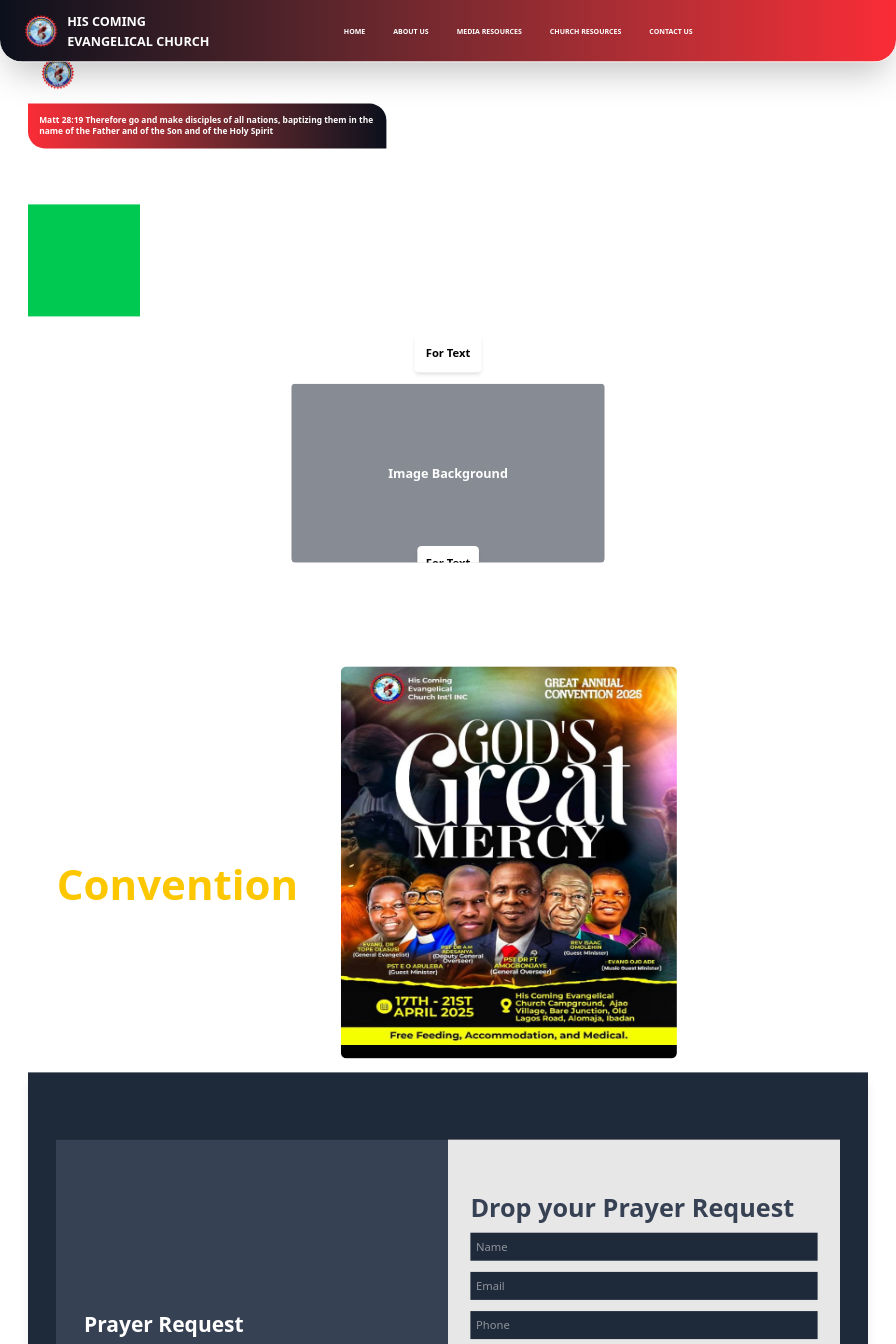
Repository: EmmyDunny1/HCEC-Website
Page: /
The author's editor kept a copy of each file at every save. The page is drawn from the files as they stood at one save, then again after the next save.
The browser window is 1280 px wide. The pictures show the part of the page from y = 0 to 1920 px (the page is 2760 px tall), at 70% of full size.
Pictures or frames that could not be fetched are drawn as grey boxes. The project was rebuilt for these pictures with package versions that can differ from the ones it lists, and the page was loaded fresh each time. The framework's server and built-in components were replaced by stand-ins that run in the browser. Also part of the build but not shown: next.config.ts.

Above is the page before, as saved 2025-07-22 11:42:56.

### app/layout.tsx
import type { Metadata } from "next";
import { Geist, Geist_Mono } from "next/font/google";
import "./globals.css";

const geistSans = Geist({
  variable: "--font-geist-sans",
  subsets: ["latin"],
});

const geistMono = Geist_Mono({
  variable: "--font-geist-mono",
  subsets: ["latin"],
});

export const metadata: Metadata = {
  title: "Official HCEC Website",
  description: "His Coming Evangelical Church Website",
};

export default function RootLayout({
  children,
}: Readonly<{
  children: React.ReactNode;
}>) {
  return (
    <html lang="en">
    <head>
      <link rel="icon" href="/public/assets/HCEC_LOGO.png" />
    </head>
      <body
        className={`${geistSans.variable} ${geistMono.variable} antialiased`}
      >

        {children}
        {/* Footer Component */}
      </body>
    </html>
  );
}

### app/page.tsx

import Navbar from "./components/Navbar";
import Homepage from './Home-page/Homepage';
import Footer from "./components/Footer";


export default function Home() {
  return (
    <div className="justify-center">

       {/* Navbar Component */}
       <Navbar />
      <Homepage />
      <Footer />


    </div>
  );
}

### app/components/Navbar.tsx
"use client";

import React from "react";
import Image from "next/image";
import Link from "next/link";
import { BiMenuAltRight } from "react-icons/bi";

type NavItem = {
  label?: string;
  link?: string;
  children?: NavItem[];
};

type NavbarProps = {
  navItems?: NavItem[];
  churchName?: string;
};

const defaultNavItems: NavItem[] = [
  { label: "HOME", link: "#", children: [{ label: "Upcoming Events", link: "Home-page/Upcoming-Programs" }, { label: "Prayer Requests", link: "Home-page/Prayer-Request" }] },
  { label: "ABOUT US", link: "#", children: [{ label: "Our History", link: "About-Us/our-history" }, { label: "Mission and Vision", link: "About-Us/mission-and-vision" }, { label: "Our Beliefs", link: "About-Us/our-beliefs" }] },
  { label: "MEDIA RESOURCES", link: "#", children: [{ label: "Our Audio & Video Resources", link: "/Media-Resources" },] },
  { label: "CHURCH RESOURCES", link: "#", children: [{ label: "Gospel Hymnal", link: "#" }, { label: "Honey From The Rock", link: "#" }, { label: "Daily Honey", link: "#" }] },
  { label: "CONTACT US", link: "/Contact-Us/Home" },
];

export default function Navbar({
  navItems = defaultNavItems,
  churchName = "His Coming Evangelical Church",
}: NavbarProps) {
  return (
    <div className="bg-[#0C101C]">
      <div className="fixed top-0 bg-gradient-to-r from-[#0C101C] to-red-500 flex max-w-7xl w-full mx-auto text-white p-4 transition-all border-b-1 rounded-b-4xl shadow-2xl hover:border-0">
        <section className="flex transition-all my-auto items-center gap-[19.5rem] md:gap-[0rem]">
          <Image src="/assets/HCEC_LOGO.png" width={80} height={48} alt="HCEC Logo" className="h-[3rem] w-[5rem] object-cover" />
          <span className="hidden md:inline font-bold text-lg uppercase ">
  {churchName.split("Evangelical")[0]}
  <br />
  Evangelical{churchName.split("Evangelical")[1] || ""}
</span>
          <nav className="text-[10px] hidden md:flex md:ml-[12rem] justify-between items-center gap-10">
            {navItems.map((d, i) => (
              <div key={i} className="group relative">
                <Link href={d.link ?? "#"} className="group items-center transition-all relative">
                  <p className="flex cursor-pointer">
                    <span className="font-semibold">{d.label}</span>
                  </p>
                </Link>
                {/* Dropdown */}
                {d.children && (
                  <div className="absolute flex flex-col justify-center left-1/2 transform -translate-x-1/2 top-10 bg-amber-50 text-black w-[11rem] transition-all text-[12px] border-t-4 border-red-500 opacity-0 invisible group-hover:opacity-100 group-hover:visible">
                    {d.children.map((ch, j) => (
                      <a key={j} href={ch.link ?? "#"} className="py-2 px-4 hover:bg-red-500 hover:text-white">
                        {ch.label}
                      </a>
                    ))}
                  </div>
                )}
              </div>
            ))}
          </nav>
          <BiMenuAltRight className="text-2xl md:hidden justify-end" />
        </section>
      </div>
    </div>
  );
}

### app/Home-page/Homepage.tsx
import React from 'react'
import UpcomingPrograms from './Upcoming-Programs/page'

import Image from 'next/image'
import PrayerRequest from '../Contact-Us/Prayer-RequestForm/page'
import HeroSection from '../Hero-Section/page'





export default function Homepage() {
  return (
    <div className='bg-gradient-to-r  px-10 py-[5rem]'>
 <Image src="/assets/HCEC_LOGO.png" width={80} height={48} alt="HCEC Logo" className="h-[3rem] w-[5rem] object-cover mb-5" />
  <p className='bg-gradient-to-r from-red-500 to-[#0C101C] justify-start text-xs md:text-md text-white p-4 my-5 max-w-[20rem] md:max-w-lg rounded-tr-3xl rounded-bl-3xl font-bold mb-[5rem]'>Matt 28:19

    Therefore go and make disciples of all nations, baptizing them in the name of the Father and of the Son and of the Holy Spirit</p>

<div className='hover:'>    <div className='relative h-[10rem] w-[10rem] bg-green-500 z-10 '></div>
    <div className='absolute h-[10rem] w-[10rem] bg-red-500 mt-[-10rem] hover:transition-transform  hover:translate-y-[10px] hover:translate-x-[-10px]
     '></div>
</div>
    <HeroSection/>
    <UpcomingPrograms />
    <PrayerRequest />
    </div>
  )

}

### app/components/Footer.tsx
import React from 'react';
import Image from 'next/image';
import { FaFacebookF, FaTwitter, FaInstagram, FaYoutube } from 'react-icons/fa';

export default function Footer() {
  return (
    <footer className="bg-[#0C101C] text-white py-10">
      <div className="container mx-auto px-4 flex flex-col items-center justify-center gap-8 text-center">
        {/* Logo and Socials */}
        <div className="flex flex-col items-center">
         <a href="#"><Image
            src="/assets/HCEC_LOGO.png"
            alt="HCEC Logo"
            width={120}
            height={60}
            className="mb-4"
          /></a>

          <div>
            <p className="font-semibold mb-4">Follow Us</p>
            <div className="flex justify-center space-x-4 text-xl transition-all duration-100">
              <a href="https://www.facebook.com/profile.php?id=100067408456230&mibextid=ZbWKwL" aria-label="Facebook" className="hover:text-blue-400 hover:border-2 rounded-md hover:p-1"><FaFacebookF /></a>
              <a href="#" aria-label="Twitter" className="hover:text-blue-400 hover:border-2 rounded-md hover:p-1"><FaTwitter /></a>
              <a href="#" aria-label="Instagram" className="hover:text-pink-400 hover:border-2 rounded-md hover:p-1 hover:border-red-500"><FaInstagram /></a>
              <a href="#" aria-label="YouTube" className="hover:text-red-500 hover:border-b-2 hover:border-2 rounded-md hover:p-1 hover:border-red-500"><FaYoutube /></a>
            </div>
          </div>
        </div>
        {/* Copyright */}
        <div className="mt-8 ">
          <p className="text-md">
            © {new Date().getFullYear()} His Coming Evangelical Church. All rights reserved.
          </p>
        </div>
      </div>
    </footer>
  );
}

### app/Home-page/Upcoming-Programs/page.tsx
import React from 'react';
import Image from 'next/image'; // Import the Next.js Image component


export default function UpcomingPrograms() {
  return (
    <div className='text-white'>
      <div className='flex justify-center items-center mx-auto'>
        <h1 className='uppercase text-center text-7xl md:text-4xl font-bold mb-[4rem]'>our upcoming programs</h1>
      </div>
      <div className='flex flex-col md:flex-row justify-center mx-auto items-center'>
       {/* Program description */}
       <div className=' p-5 m-5 w-full md:w-1/3'>
          <h2 className='text-center justify-center text-4xl md:text-6xl font-bold items-center'>Great Annual <span className='text-yellow-400'>Convention</span> 2025</h2>
        </div>
     {/* Convention flier */}
        <div className='rounded-lg p-5 w-full md:w-2/3'>
          <Image
            src='/assets/Convention.jpg'
            alt="Convention"  width={80}
  height={48}
            className='w-full h-full md:w-[30rem] md:h-[35rem] object-fill rounded-lg'

          />
        </div>

      </div>

    </div>
  );
}

### app/Contact-Us/Prayer-RequestForm/page.tsx
'use client'

import React, { useState } from 'react';
import emailjs from 'emailjs-com';


export default function PrayerRequestForm() {
  const [formData, setFormData] = useState({
    name: '',
    email: '',
    phone: '',
    country: 'Nigeria',
    state: '',
    city: '',
    request: ''
  });

  const handleChange = (e: React.ChangeEvent<HTMLInputElement | HTMLTextAreaElement | HTMLSelectElement>) => {
    const { name, value } = e.target;
    setFormData(prev => ({ ...prev, [name]: value }));
  };

  const handleSubmit = (e: React.FormEvent) => {
    e.preventDefault();
    emailjs.send(
      'your_service_id',
      'your_template_id',
      formData,
      'your_user_id_or_public_key'
    ).then(() => {
      alert("Prayer request sent!");
      setFormData({
        name: '', email: '', phone: '', country: 'Nigeria', state: '', city: '', request: ''
      });
    }).catch((err) => {
      console.error(err);
      alert("Failed to send request.");
    });
  };

  return (

    <div>   <div className="md:px-10 md:pt-[6rem] md:pb-5 bg-gray-800 shadow-lg min-h-screen"

    >
      <div className="grid grid-cols-1 md:grid-cols-2 bg-black/60 min-h-screen">
        {/* Left: Red Info Section */}
        <div className="bg-gray-700 text-white px-10 flex flex-col justify-center">
          <h2 className="text-3xl font-bold mb-4">Prayer Request</h2>
          <p className="mb-6">
            You can now conveniently submit your prayer requests online, by filling the form or through mail,
            or via a simple phone call. This seamless process ensures that heartfelt intentions reach the dedicated prayer team.
          </p>
          <div className="mb-2">
            📞 <strong>Phone:</strong> +234 916 986 442, +234 906 099 3734
          </div>
          <div>
            📧 <strong>Email:</strong> contactcentre@lfcww.org
          </div>
        </div>

        {/* Right: Form Section */}
        <div className="bg-white/90 p-8 flex flex-col justify-center">
          <h2 className="text-4xl font-bold text-gray-700 mb-4">Drop your Prayer Request</h2>
          <form onSubmit={handleSubmit} className="space-y-4">
            <input name="name" value={formData.name} onChange={handleChange} placeholder="Name" className="w-full p-2 bg-gray-800 text-white" />
            <input name="email" type="email" value={formData.email} onChange={handleChange} placeholder="Email" className="w-full p-2 bg-gray-800 text-white" />
            <input name="phone" value={formData.phone} onChange={handleChange} placeholder="Phone" className="w-full p-2 bg-gray-800 text-white" />
            <select name="country" value={formData.country} onChange={handleChange} className="w-full p-2 bg-gray-800 text-white">
               <option>Nigeria</option>
              <option>Togo</option>
              <option>Benin Republic</option>
              {/* Add more countries */}
            </select>
            <input name="state" value={formData.state} onChange={handleChange} placeholder="State/Province" className="w-full p-2 bg-gray-800 text-white" />
            <input name="city" value={formData.city} onChange={handleChange} placeholder="Town/City" className="w-full p-2 bg-gray-800 text-white" />
            <textarea name="request" value={formData.request} onChange={handleChange} placeholder="Write your prayer request here..." rows={4} className="w-full p-2 bg-gray-800 text-white" />
            <button type="submit" className="w-full bg-red-600 text-white py-2 rounded">Submit Now</button>
          </form>
        </div>
      </div>

    </div>

</div>

  );
}

### app/Hero-Section/page.tsx
import React from 'react'

export default function HeroSection() {
  return (
     <div className="flex flex-col items-center p-6 gap-4">
      {/* Top Text Box */}
      <div className="bg-white shadow-md p-4 rounded-md z-10">
        <p className="text-center font-semibold">For Text</p>
      </div>

      {/* Image Background Section */}
      <div className="relative w-full max-w-md h-64 rounded-md overflow-hidden">
        {/* Background Image */}
        <div
          className="absolute inset-0 bg-cover bg-center"
          style={{ backgroundImage: "url('/')" }}
        />

        {/* Gray Overlay */}
        <div className="absolute inset-0 bg-gray-900 opacity-50"></div>

        {/* Content on Image */}
        <div className="absolute inset-0 flex items-center justify-center z-10">
          <p className="text-white text-lg font-bold">Image Background</p>
        </div>

        {/* Bottom Text Box */}
        <div className="absolute bottom-[-1.5rem] left-1/2 transform -translate-x-1/2 bg-white shadow-md p-3 rounded-md z-20">
          <p className="text-center font-semibold">For Text</p>
        </div>
      </div>
    </div>
  )
}

Loaded but not shown: app/globals.css (common file)

After the next save:
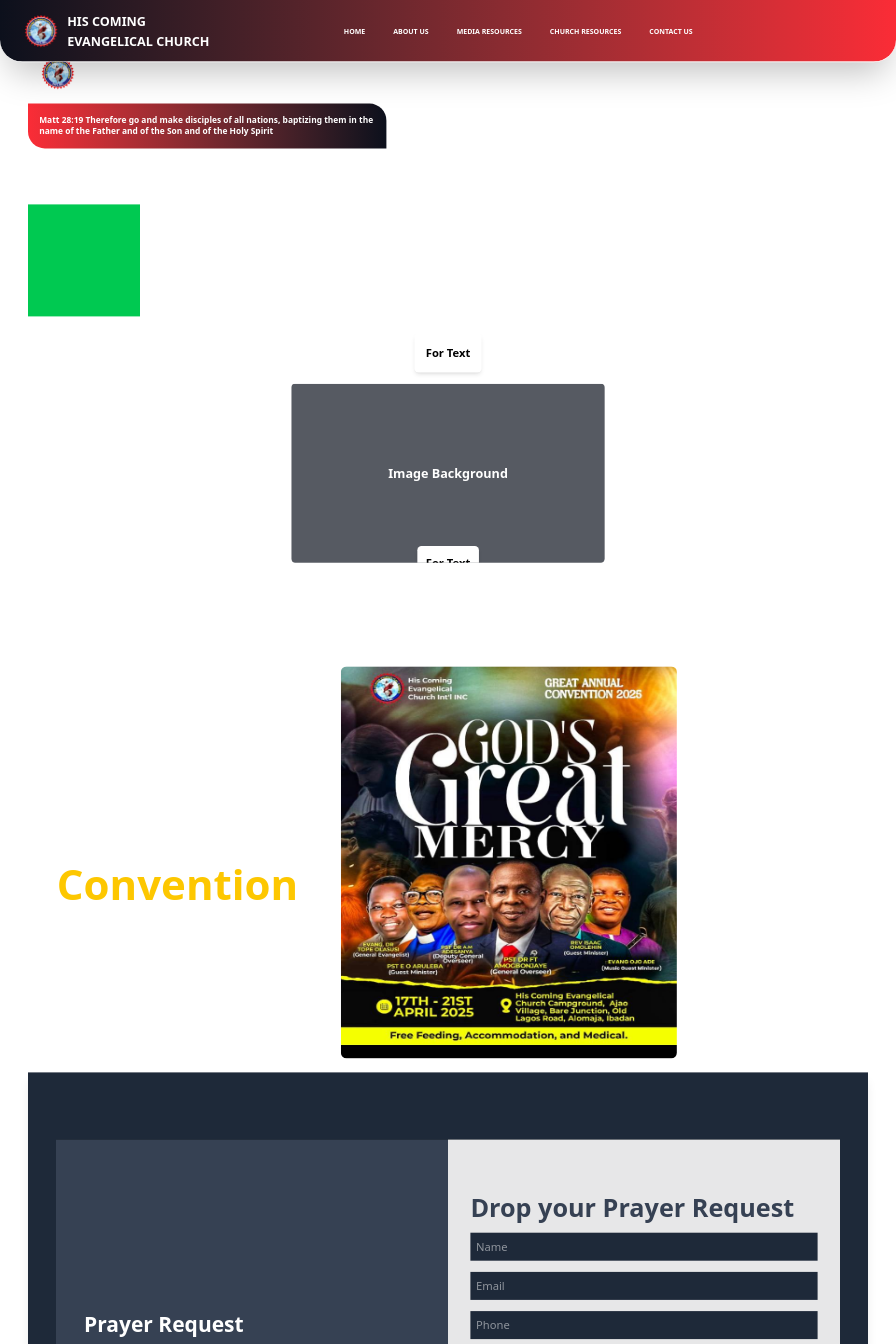
Saved 14 s later.
--- a/app/Hero-Section/page.tsx
+++ b/app/Hero-Section/page.tsx
@@ -13,7 +13,7 @@
         {/* Background Image */}
         <div
           className="absolute inset-0 bg-cover bg-center"
-          style={{ backgroundImage: "url('/')" }}
+          style={{ backgroundImage: "url('/He')" }}
         />
 
         {/* Gray Overlay */}
